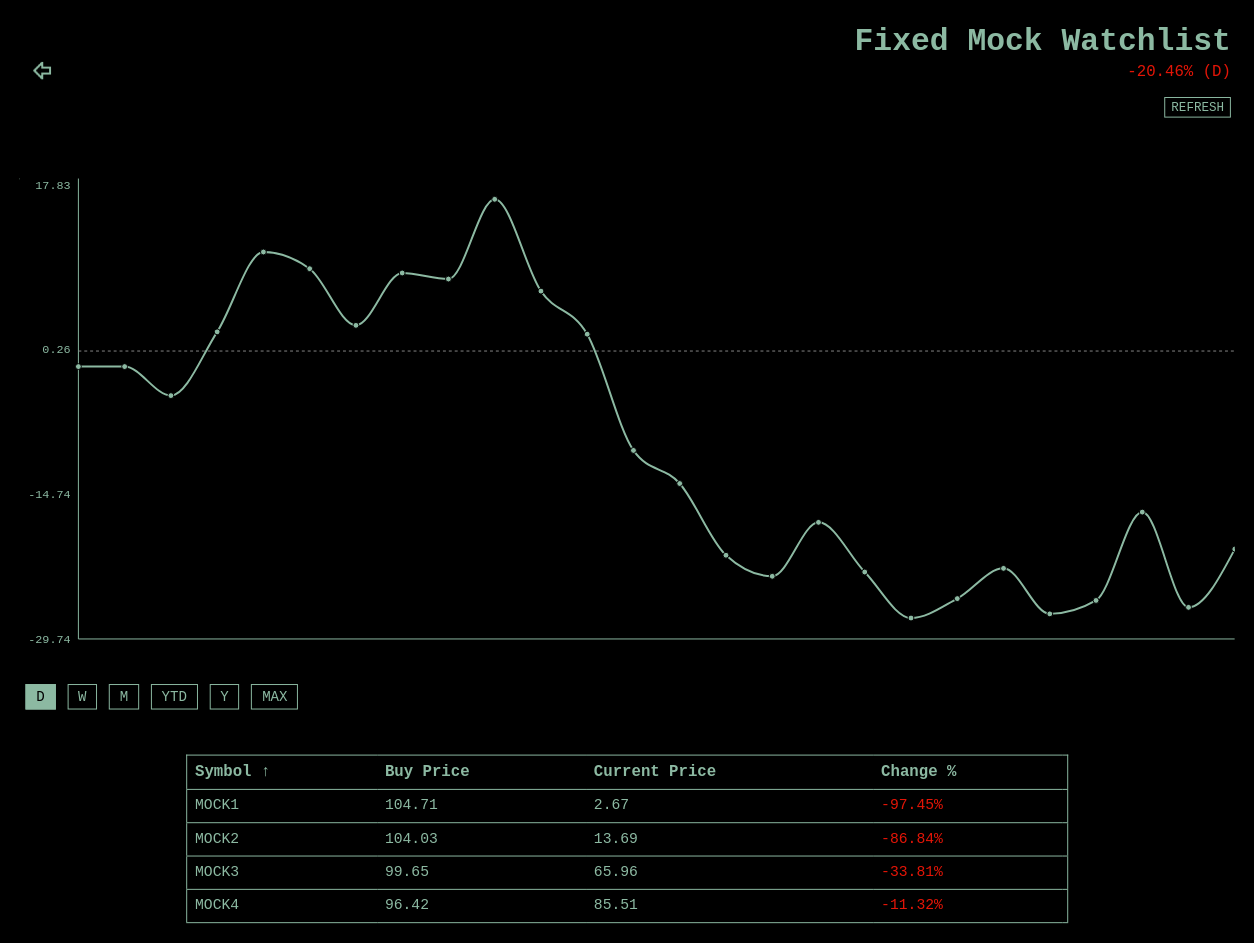
Repository: 11612x/burnlistv1.1
Page: /mockwatchlist
An editor plug-in stored every save of this project. The page is shown before and after the next save, followed by the edit.
The browser window is 1280 px wide. The pictures show the whole page, at 98% of full size.
The project was rebuilt for these pictures with package versions that can differ from the ones it lists, and the page was loaded fresh each time. Also part of the build but not shown: vite.config.js, src/components/CustomTooltip.jsx, src/data/randomNames.js, src/components/NotificationBanner.jsx, src/components/CustomButton.jsx, src/pages/HomePage.jsx, src/data/tickerUtils.js, src/data/createTicker.js and 10 more.

Above is the page before, as saved 2025-07-18 15:21:16.

After the next save:
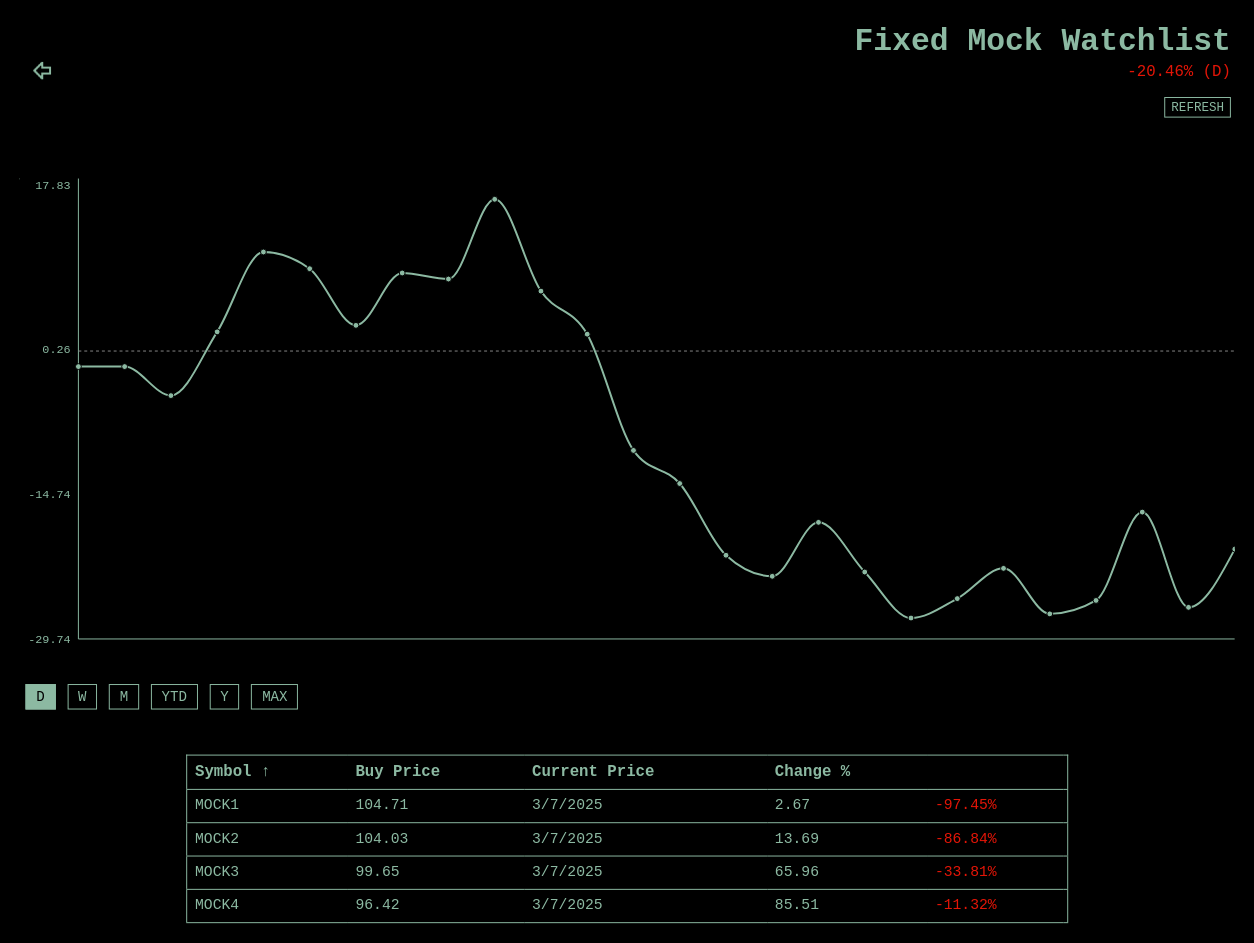
Saved 3 days later.
--- a/src/components/TickerRow.jsx
+++ b/src/components/TickerRow.jsx
@@ -12,7 +12,7 @@ const CRT_GREEN = 'rgb(140,185,162)';
 
 const TickerRow = ({
   item, index, editMode,
-  handleChangeSymbol, handleBuyPriceChange, handleDelete, items, changePercent
+  handleChangeSymbol, handleBuyPriceChange, handleBuyDateChange, handleDelete, items, changePercent
 }) => {
   const green = useThemeColor(CRT_GREEN);
   const black = useThemeColor('black');
@@ -104,6 +104,32 @@ const TickerRow = ({
           />
         ) : (
           !isNaN(buy) ? buy.toFixed(2) : "-"
+        )}
+      </td>
+      {/* Buy Date: editable in edit mode */}
+      <td style={{ padding: 8, fontFamily: "'Courier New', Courier, monospace", color: green, fontSize: 15 }}>
+        {editMode ? (
+          <input
+            type="date"
+            value={item.buyDate ? item.buyDate.slice(0, 10) : ''}
+            max={new Date().toISOString().slice(0, 10)}
+            onChange={e => {
+              if (typeof handleBuyDateChange === 'function') {
+                handleBuyDateChange(index, e.target.value);
+              }
+            }}
+            style={{
+              fontFamily: "'Courier New', Courier, monospace",
+              fontSize: "1rem",
+              backgroundColor: black,
+              border: `1px solid ${green}`,
+              color: green,
+              padding: 4,
+              width: 120,
+            }}
+          />
+        ) : (
+          item.buyDate ? new Date(item.buyDate).toLocaleDateString() : "-"
         )}
       </td>
       {/* Current Price: always latest price */}
